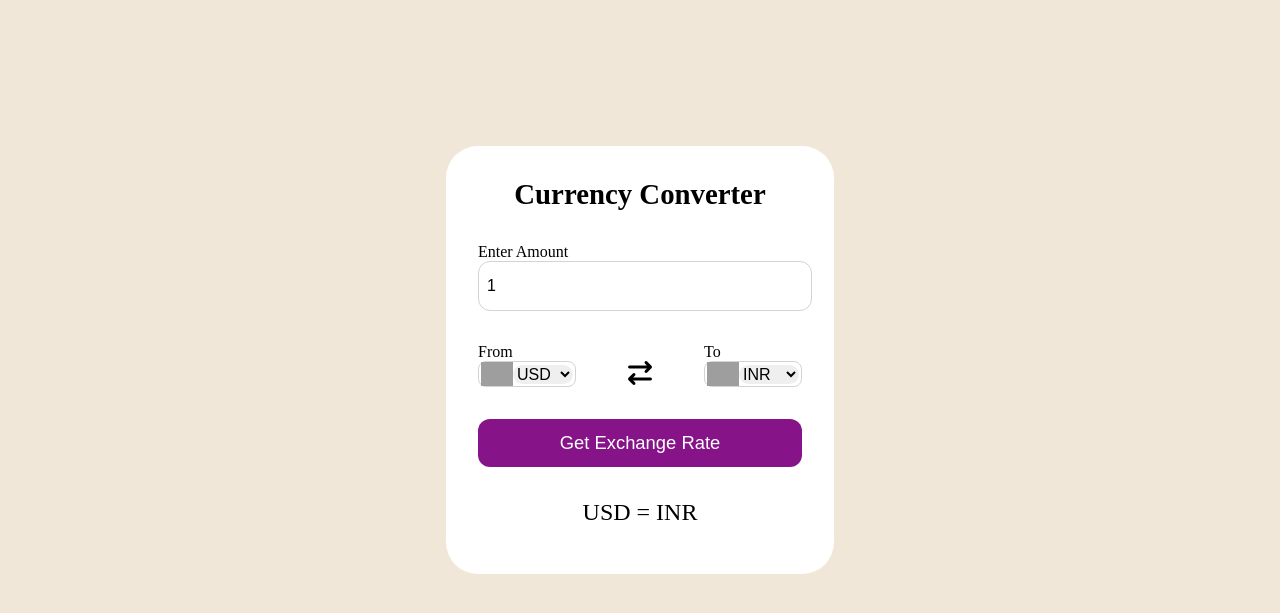
Repository: Saieebawake/Currency-Converter
Page: currconverter.html
The author's editor kept a copy of each file at every save. The page is drawn from the files as they stood at one save, then again after a run of saves.
The browser window is 1280 px wide. The pictures show the whole page.
Pictures or frames that could not be fetched are drawn as grey boxes.

Above is the page before, as saved 2026-09-21 12:24:45.
Console error: ReferenceError: updateExchangeRate is not defined

### currconverter.html
<!DOCTYPE html>
<html lang="en">
<head>
    <meta charset="UTF-8">
    <meta name="viewport" content="width=device-width, initial-scale=1.0">
    <title>Currency Converter</title>
    <link href="currconverter.css" rel="stylesheet"/>
    <link rel="stylesheet"
    href="https://cdnjs.cloudflare.com/ajax/libs/font-awesome/7.3.1/css/all.min.css"
    integrity="sha512-QeR2VH+lsBE5LSAe1Q5EnTBbe7XTBubt8dG93Y7gidSgdMCr8nVqKcfKAMyN96SV8KDbZVTDXChatu5G2KQGzg=="
    crossorigin="anonymous"
    referrerpolicy="no-referrer"/>
</head>
<body>
    <div class="container">
        <h2>Currency Converter</h2>
        <form>
            <div class="amount">
                <p>Enter Amount</p>
                <input value="1" type="text">
            </div>
            <div class="dropdown">
                <div class="from">
                    <p>From</p>
                    <div class="select-container">
                        <img src="https://flagsapi.com/US/flat/64.png">
                        <select name="from"></select>
                    </div>
                </div>
                <i class="fa-solid fa-arrow-right-arrow-left"></i>
                <div class="to">
                    <p>To</p>
                    <div class="select-container">
                        <img src="https://flagsapi.com/IN/flat/64.png">
                        <select name="to"></select>
                    </div>
                </div>
            </div>
            <button>Get Exchange Rate</button>
            <div class="msg">USD = INR</div>
        </form>
    </div>
    <script src="countrycodes.js"></script>
    <script src="currconverter.js"></script>
</body>
</html>

### currconverter.css
* {
    margin: 0;
    padding: 0;
}

body {
    display: flex;
    justify-content: center;
    align-items: center;
    min-height: 100vh;
    background-color :#F0E7D8;
}

h2 {
    text-align: center;
    font-size: 1.8rem;
}

.container {
    background-color: white;
    padding: 2rem;
    border-radius: 2rem;
    min-height: 45vh;
    width: 45vh;
}

form {
    margin: 2rem 0 1rem 0;
}

form select, button, input {
    width: 100%;
    border: none;
    outline: none;
    border-radius: 0.75rem;
}

form input{
    border: 1px solid lightgray;
    font-size: 1rem;
    height: 3rem;
    padding-left: 0.5rem;
}

.dropdown {
    display: flex;
    justify-content: space-between;
    align-items: center;
    margin-top: 2rem;
}

.dropdown i {
    font-size: 1.5rem;
    margin-top: 1rem;
}

.select-container img {
    max-width: 2rem;
}

.select-container {
    display: flex;
    width: 6rem;
    justify-content: center;
    align-items: center;
    border-radius: 0.5rem;
    border: 1px solid lightgray;
}

.select-container select {
    font-size: 1rem;
    width: auto;
}

.msg {
    text-align: center;
    font-size: 1.5rem;
    font-style: bold;
}

form button {
    height: 3rem;
    background-color: #861388;
    color: white;
    font-size: 1.15rem;
    cursor: pointer;
    margin: 2rem 0 2rem 0;
}

### countrycodes.js
const countryList = {
  AED: "AE",
  AFN: "AF",
  XCD: "AG",
  ALL: "AL",
  AMD: "AM",
  ANG: "AN",
  AOA: "AO",
  AQD: "AQ",
  ARS: "AR",
  AUD: "AU",
  AZN: "AZ",
  BAM: "BA",
  BBD: "BB",
  BDT: "BD",
  XOF: "BE",
  BGN: "BG",
  BHD: "BH",
  BIF: "BI",
  BMD: "BM",
  BND: "BN",
  BOB: "BO",
  BRL: "BR",
  BSD: "BS",
  NOK: "BV",
  BWP: "BW",
  BYR: "BY",
  BZD: "BZ",
  CAD: "CA",
  CDF: "CD",
  XAF: "CF",
  CHF: "CH",
  CLP: "CL",
  CNY: "CN",
  COP: "CO",
  CRC: "CR",
  CUP: "CU",
  CVE: "CV",
  CYP: "CY",
  CZK: "CZ",
  DJF: "DJ",
  DKK: "DK",
  DOP: "DO",
  DZD: "DZ",
  ECS: "EC",
  EEK: "EE",
  EGP: "EG",
  ETB: "ET",
  EUR: "FR",
  FJD: "FJ",
  FKP: "FK",
  GBP: "GB",
  GEL: "GE",
  GGP: "GG",
  GHS: "GH",
  GIP: "GI",
  GMD: "GM",
  GNF: "GN",
  GTQ: "GT",
  GYD: "GY",
  HKD: "HK",
  HNL: "HN",
  HRK: "HR",
  HTG: "HT",
  HUF: "HU",
  IDR: "ID",
  ILS: "IL",
  INR: "IN",
  IQD: "IQ",
  IRR: "IR",
  ISK: "IS",
  JMD: "JM",
  JOD: "JO",
  JPY: "JP",
  KES: "KE",
  KGS: "KG",
  KHR: "KH",
  KMF: "KM",
  KPW: "KP",
  KRW: "KR",
  KWD: "KW",
  KYD: "KY",
  KZT: "KZ",
  LAK: "LA",
  LBP: "LB",
  LKR: "LK",
  LRD: "LR",
  LSL: "LS",
  LTL: "LT",
  LVL: "LV",
  LYD: "LY",
  MAD: "MA",
  MDL: "MD",
  MGA: "MG",
  MKD: "MK",
  MMK: "MM",
  MNT: "MN",
  MOP: "MO",
  MRO: "MR",
  MTL: "MT",
  MUR: "MU",
  MVR: "MV",
  MWK: "MW",
  MXN: "MX",
  MYR: "MY",
  MZN: "MZ",
  NAD: "NA",
  XPF: "NC",
  NGN: "NG",
  NIO: "NI",
  NPR: "NP",
  NZD: "NZ",
  OMR: "OM",
  PAB: "PA",
  PEN: "PE",
  PGK: "PG",
  PHP: "PH",
  PKR: "PK",
  PLN: "PL",
  PYG: "PY",
  QAR: "QA",
  RON: "RO",
  RSD: "RS",
  RUB: "RU",
  RWF: "RW",
  SAR: "SA",
  SBD: "SB",
  SCR: "SC",
  SDG: "SD",
  SEK: "SE",
  SGD: "SG",
  SKK: "SK",
  SLL: "SL",
  SOS: "SO",
  SRD: "SR",
  STD: "ST",
  SVC: "SV",
  SYP: "SY",
  SZL: "SZ",
  THB: "TH",
  TJS: "TJ",
  TMT: "TM",
  TND: "TN",
  TOP: "TO",
  TRY: "TR",
  TTD: "TT",
  TWD: "TW",
  TZS: "TZ",
  UAH: "UA",
  UGX: "UG",
  USD: "US",
  UYU: "UY",
  UZS: "UZ",
  VEF: "VE",
  VND: "VN",
  VUV: "VU",
  YER: "YE",
  ZAR: "ZA",
  ZMK: "ZM",
  ZWD: "ZW",
};

### currconverter.js
const BASE_URL = "https://api.frankfurter.dev/v2/rate";

const dropdowns = document.querySelectorAll(".dropdown select");
const btn = document.querySelector("form button");
const fromCurr = document.querySelector(".from select");
const toCurr = document.querySelector(".to select");
const msg = document.querySelector(".msg");

document.addEventListener("load", ()  => {

});

for(let select of dropdowns) {
    for(currCode in countryList) {
        let newOption = document.createElement("option");
        newOption.innerText = currCode;
        newOption.value = currCode;
        if(select.name === "from" && currCode === "USD") {
            newOption.selected = "selected";
        } else if(select.name === "to" && currCode === "INR") {
            newOption.selected = "selected";
        }
        select.append(newOption);
    }
    select.addEventListener("change", (evt) =>{
        updateFlag(evt.target);
    })
}

const updateFlag = (element) => {
    let currCode = element.value;
    let countryCode = countryList[currCode];
    let newSrc = `https://flagsapi.com/${countryCode}/flat/64.png`;
    let img = element.parentElement.querySelector("img");
    img.src = newSrc;
};

btn.addEventListener("click", async(evt) => {
    evt.preventDefault();
});

updateExchangeRate

After the next 2 saves:
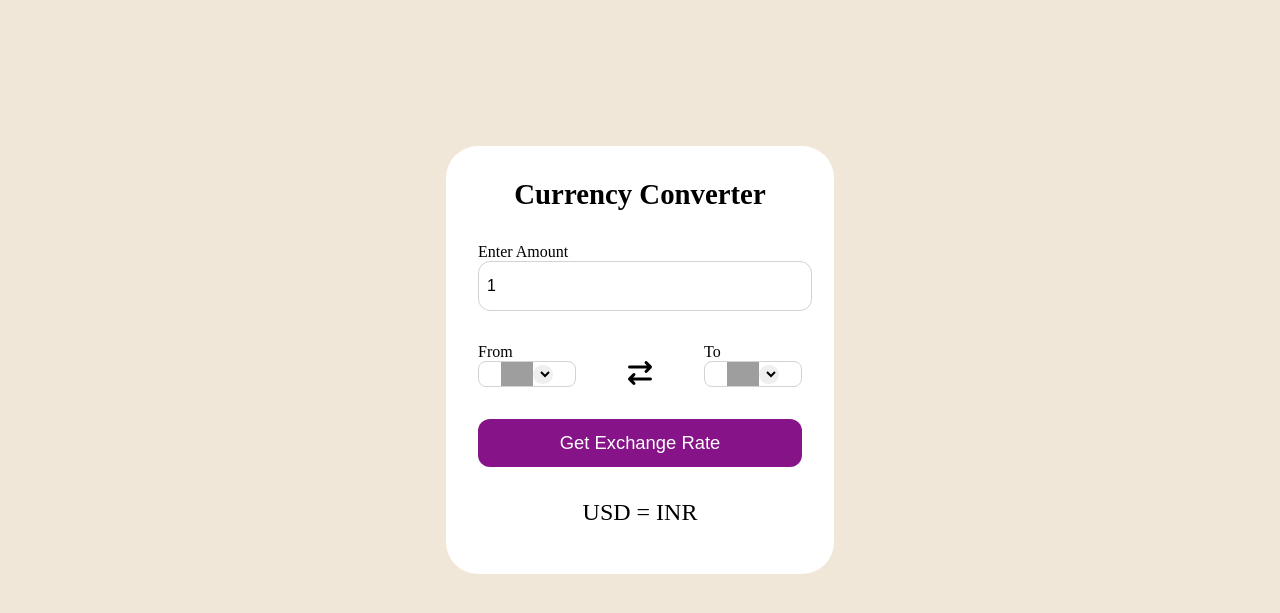
Console error: SyntaxError: Missing initializer in const declaration
The 2 saves are shown as one change because they came seconds apart.
The last was saved 10 s later.
--- a/currconverter.js
+++ b/currconverter.js
@@ -39,4 +39,4 @@
     evt.preventDefault();
 });
 
-updateExchangeRate
+const updateExchangeRate

After the save that followed:
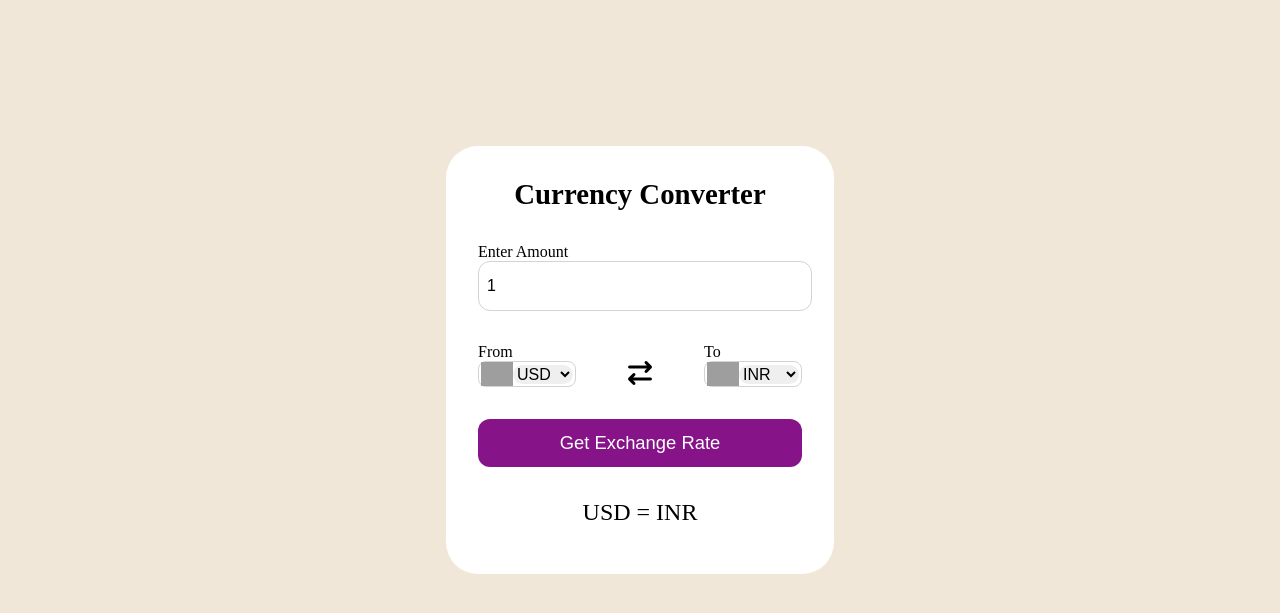
The error is gone.
Saved 9 s later.
--- a/currconverter.js
+++ b/currconverter.js
@@ -39,4 +39,6 @@
     evt.preventDefault();
 });
 
-const updateExchangeRate
+const updateExchangeRate = () => {
+
+}
